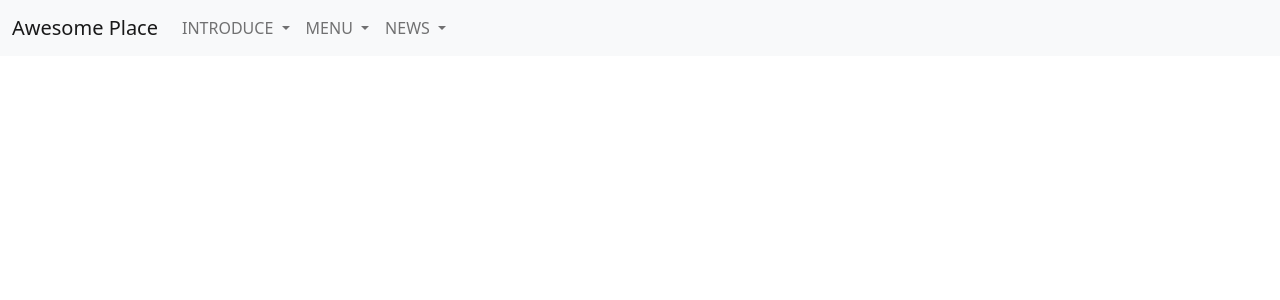
Repository: sikim0629/AwesomePlace
Page: http://localhost/awesomePlace/main.jsp
The author's editor kept a copy of each file at every save. The page is drawn from the files as they stood at one save, then again after the next save.
The browser window is 1280 px wide. The pictures show the whole page.
The page is served by Tomcat 9. Nobody is signed in. The application's start-up code is not run. Other server files are loaded and not shown.

Above is the page before, as saved 2021-11-12 09:49:44.

### awesomePlace/WebContent/main.jsp
<%@ page language="java" contentType="text/html; charset=UTF-8"
    pageEncoding="UTF-8"%>
<!DOCTYPE html>
<html>
<head>
<meta charset="UTF-8">
<title>Insert title here</title>
</head>
<body>
<%@ include file = "/header.jsp" %>



<%@ include file = "/footer.jsp" %>

</body>
</html>

### awesomePlace/WebContent/header.jsp
<%@ page language="java" contentType="text/html; charset=UTF-8"
    pageEncoding="UTF-8"%>
<!doctype html>
<html lang="en">
  <head>
    <!-- Required meta tags -->
    <meta charset="utf-8">
    <meta name="viewport" content="width=device-width, initial-scale=1">

    <!-- Bootstrap CSS -->
    <link href="https://cdn.jsdelivr.net/npm/bootstrap@5.1.3/dist/css/bootstrap.min.css" rel="stylesheet" integrity="sha384-1BmE4kWBq78iYhFldvKuhfTAU6auU8tT94WrHftjDbrCEXSU1oBoqyl2QvZ6jIW3" crossorigin="anonymous">

    <title>어썸플레이스</title>
  </head>
  <body>
	<nav class="navbar navbar-expand-lg navbar-light bg-light">
  		<div class="container-fluid">
    		<a class="navbar-brand" href="/index.html">Awesome Place</a>
    		<button class="navbar-toggler" type="button" data-bs-toggle="collapse" data-bs-target="#navbarNavDropdown" aria-controls="navbarNavDropdown" aria-expanded="false" aria-label="Toggle navigation">
      			<span class="navbar-toggler-icon"></span>
    		</button>
	    <div class="collapse navbar-collapse" id="navbarNavDropdown">
	      <ul class="navbar-nav">
	        <li class="nav-item dropdown">
	          <a class="nav-link dropdown-toggle" href="#" id="navbarDropdownMenuLink" role="button" data-bs-toggle="dropdown" aria-expanded="false">
	            INTRODUCE
	          </a>
	          <ul class="dropdown-menu" aria-labelledby="navbarDropdownMenuLink">
	            <li><a class="dropdown-item" href="#">카페소개</a></li>
	            <li><a class="dropdown-item" href="#">매장찾기</a></li>
	          </ul>
	        </li>
	        <li class="nav-item dropdown">
	          <a class="nav-link dropdown-toggle" href="#" id="navbarDropdownMenuLink" role="button" data-bs-toggle="dropdown" aria-expanded="false">
	            MENU
	          </a>
	          <ul class="dropdown-menu" aria-labelledby="navbarDropdownMenuLink">
	            <li><a class="dropdown-item" href="#">COFFEE</a></li>
	            <li><a class="dropdown-item" href="#">TEA</a></li>
	            <li><a class="dropdown-item" href="#">JUICE</a></li>
	          </ul>
	        </li>
	        <li class="nav-item dropdown">
	          <a class="nav-link dropdown-toggle" href="#" id="navbarDropdownMenuLink" role="button" data-bs-toggle="dropdown" aria-expanded="false">
	            NEWS
	          </a>
	          <ul class="dropdown-menu" aria-labelledby="navbarDropdownMenuLink">
	            <li><a class="dropdown-item" href="#">공지사항</a></li>
	            <li><a class="dropdown-item" href="#">이달의 이벤트</a></li>
	            <li><a class="dropdown-item" href="#">이달의 메뉴</a></li>
	          </ul>
	        </li>
	      </ul>
	    </div>
	  </div>
</nav>

    <script src="https://cdn.jsdelivr.net/npm/bootstrap@5.1.3/dist/js/bootstrap.bundle.min.js" integrity="sha384-ka7Sk0Gln4gmtz2MlQnikT1wXgYsOg+OMhuP+IlRH9sENBO0LRn5q+8nbTov4+1p" crossorigin="anonymous"></script>

  </body>
</html>

Loaded but not shown: awesomePlace/WebContent/footer.jsp (common file)

After the next save:
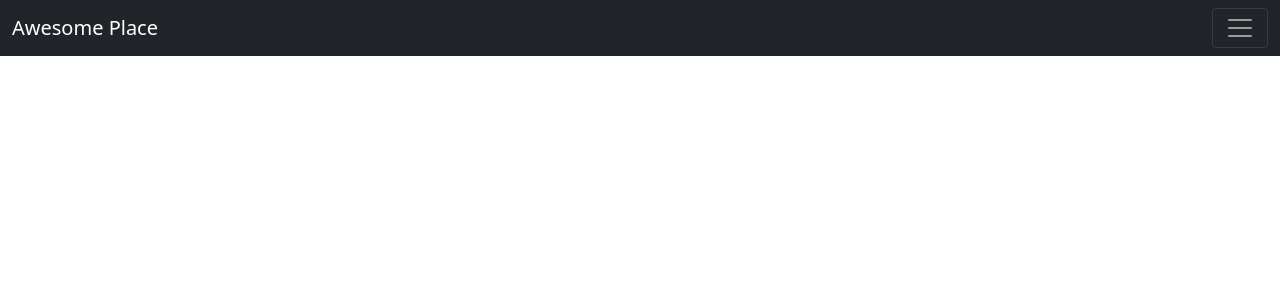
Saved 58 s later.
--- a/awesomePlace/WebContent/header.jsp
+++ b/awesomePlace/WebContent/header.jsp
@@ -13,7 +13,7 @@
     <title>어썸플레이스</title>
   </head>
   <body>
-	<nav class="navbar navbar-expand-lg navbar-light bg-light">
+	<nav class="navbar navbar-dark bg-dark">
   		<div class="container-fluid">
     		<a class="navbar-brand" href="/index.html">Awesome Place</a>
     		<button class="navbar-toggler" type="button" data-bs-toggle="collapse" data-bs-target="#navbarNavDropdown" aria-controls="navbarNavDropdown" aria-expanded="false" aria-label="Toggle navigation">
